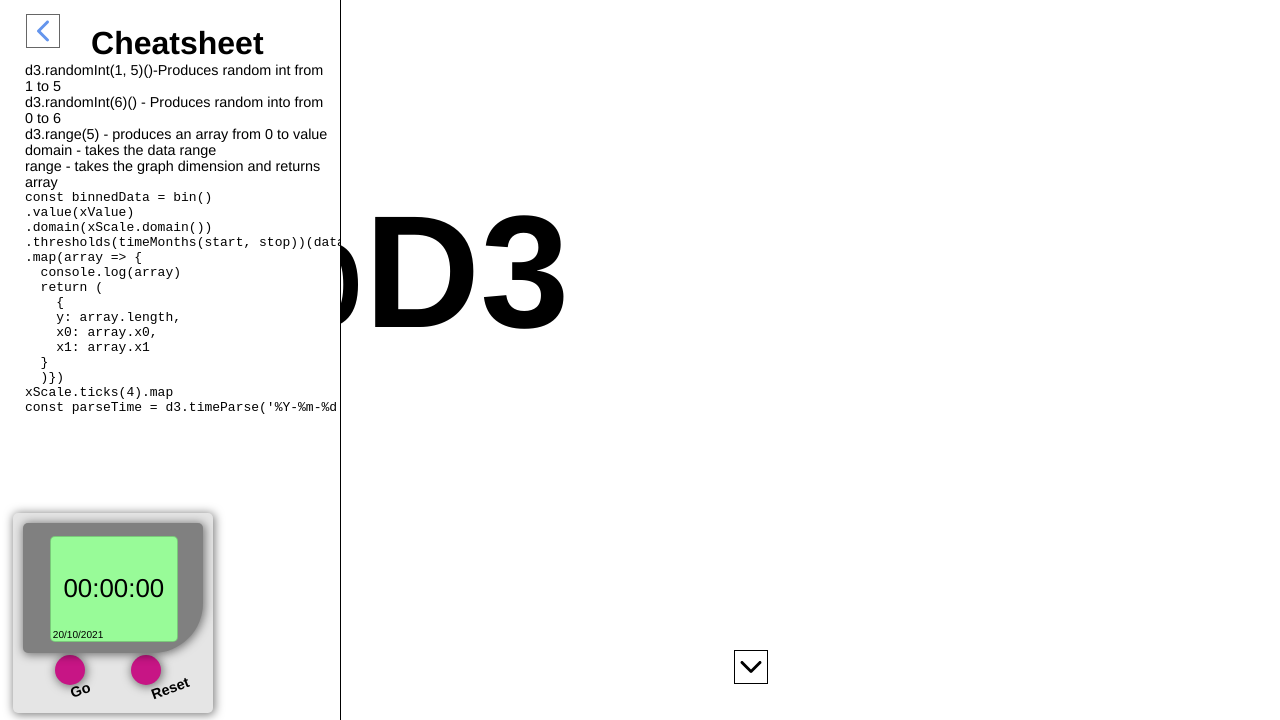
Repository: Lewisjohnward/100-days-of-d3
Page: /
The author's editor kept a copy of each file at every save. The page is drawn from the files as they stood at one save, then again after the next save.
The browser window is 1280 px wide. The pictures show the whole page.
The page's requests for data from a server got no answer. The project was rebuilt for these pictures with package versions that can differ from the ones it lists, and the page was loaded fresh each time. No one was signed in, and anything a server would have sent is missing. Also part of the build but not shown: src/charts/chart2/useGetData.js, src/charts/chart2/styles.js, src/charts/chart2/Chart.js, src/charts/chart3/useGetData.js, src/charts/chart3/styles.js, src/charts/chart3/Chart.js, src/charts/chart4/useGetData.js, src/charts/chart4/styles.js and 4 more.

Above is the page before, as saved 2021-10-20 16:05:02.

After the next save:
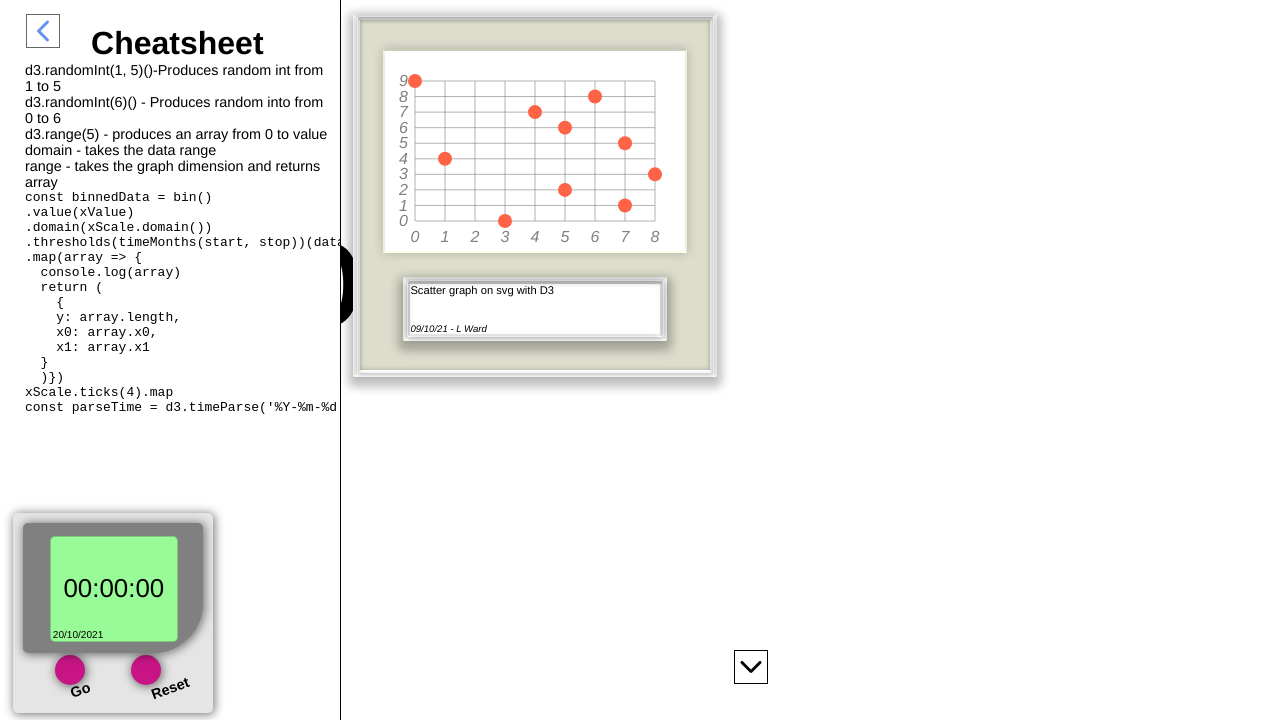
Saved 2 min 12 s later.
--- a/src/App.js
+++ b/src/App.js
@@ -60,7 +60,9 @@
             <Chart5 />
           </ChartGrid>
         ) : (
-          <SingleView></SingleView>
+          <SingleView>
+            <Chart1 />
+          </SingleView>
         )}
       </View>
       <Icon onClick={() => setGridView((prev) => !prev)} />

After the save that followed:
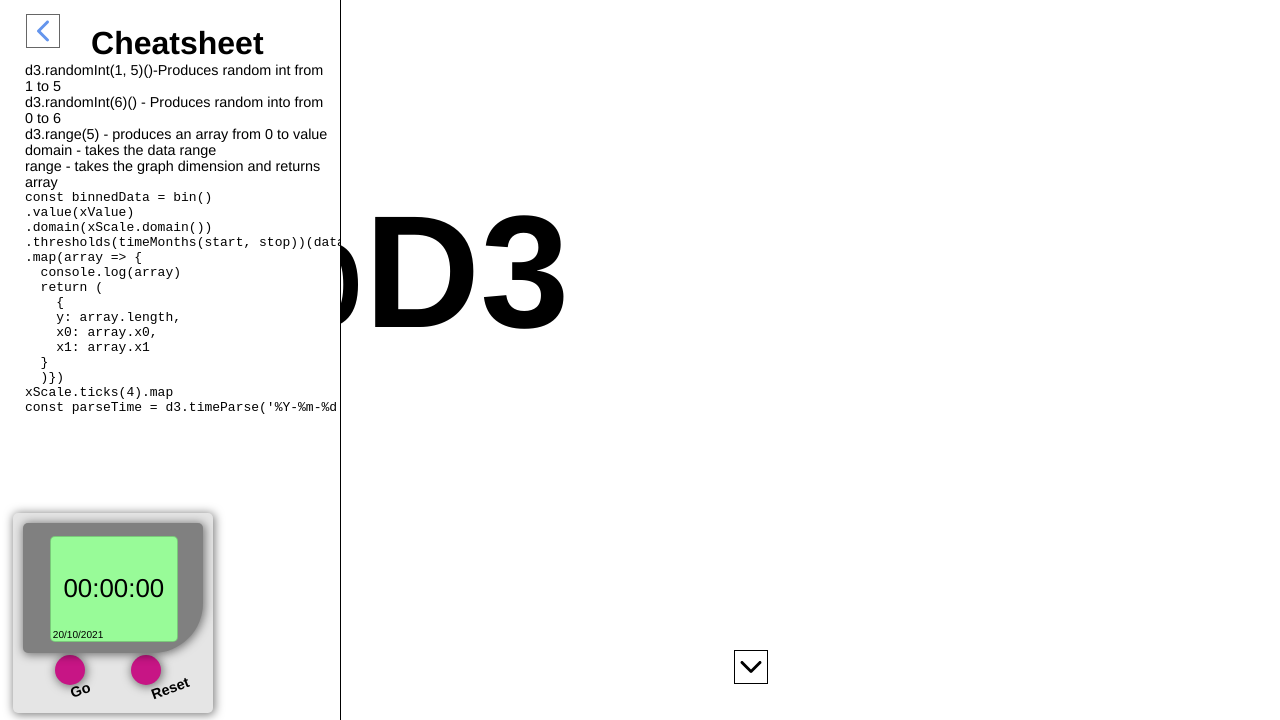
Saved 62 s later.
--- a/src/App.js
+++ b/src/App.js
@@ -57,11 +57,11 @@
             <Chart2 />
             <Chart3 />
             <Chart4 />
-            <Chart5 />
+
           </ChartGrid>
         ) : (
           <SingleView>
-            <Chart1 />
+            <Chart5 />
           </SingleView>
         )}
       </View>
